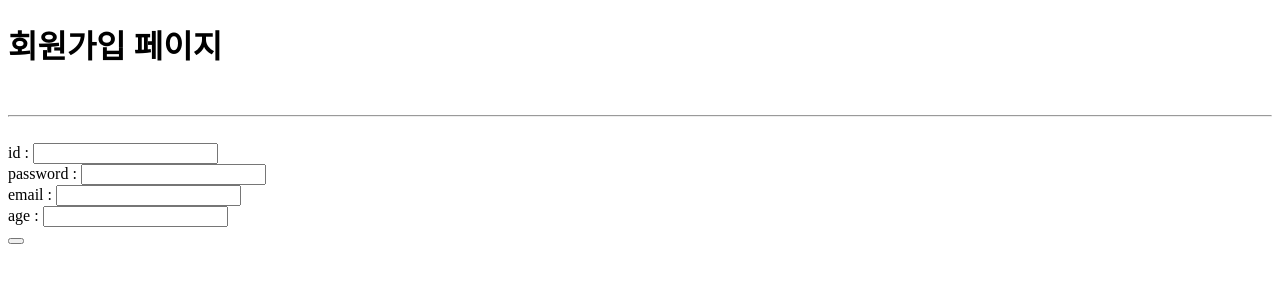
Repository: yangone8249/jsp_project
Page: http://localhost/jsp_project/member/join.jsp
An editor plug-in stored every save of this project. The page is shown before and after the next save, followed by the edit.
The browser window is 1280 px wide. The pictures show the whole page.
The page is served by Tomcat 9. Other server files are loaded and not shown.

Above is the page before, as saved 2023-05-12 03:20:27.

### jsp_project2/jsp_project/src/main/webapp/member/join.jsp
<%@ page language="java" contentType="text/html; charset=UTF-8"
    pageEncoding="UTF-8"%>
<!DOCTYPE html>
<html>
<head>
<meta charset="UTF-8">
<title>join</title>
</head>
<body>
	<h1>회원가입 페이지</h1>
	<br><hr>
	<br>
	id : <input type="text" name="userId"><br>
	password : <input type="text" name="userPw"><br>
	email : <input type="text" name="userEmail"><br>
	age : <input type="text" name="userAge"><br>
	<button></button>
</body>
</html>

After the next save:
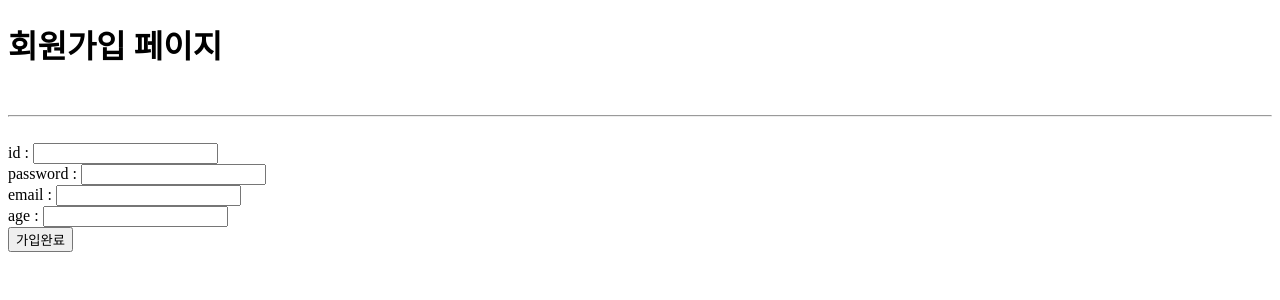
Saved 34 s later.
--- a/jsp_project2/jsp_project/src/main/webapp/member/join.jsp
+++ b/jsp_project2/jsp_project/src/main/webapp/member/join.jsp
@@ -10,10 +10,12 @@
 	<h1>회원가입 페이지</h1>
 	<br><hr>
 	<br>
+	<form action="" method="post">
 	id : <input type="text" name="userId"><br>
 	password : <input type="text" name="userPw"><br>
 	email : <input type="text" name="userEmail"><br>
 	age : <input type="text" name="userAge"><br>
-	<button></button>
+	<button>가입완료</button>
+	</form>
 </body>
 </html>
